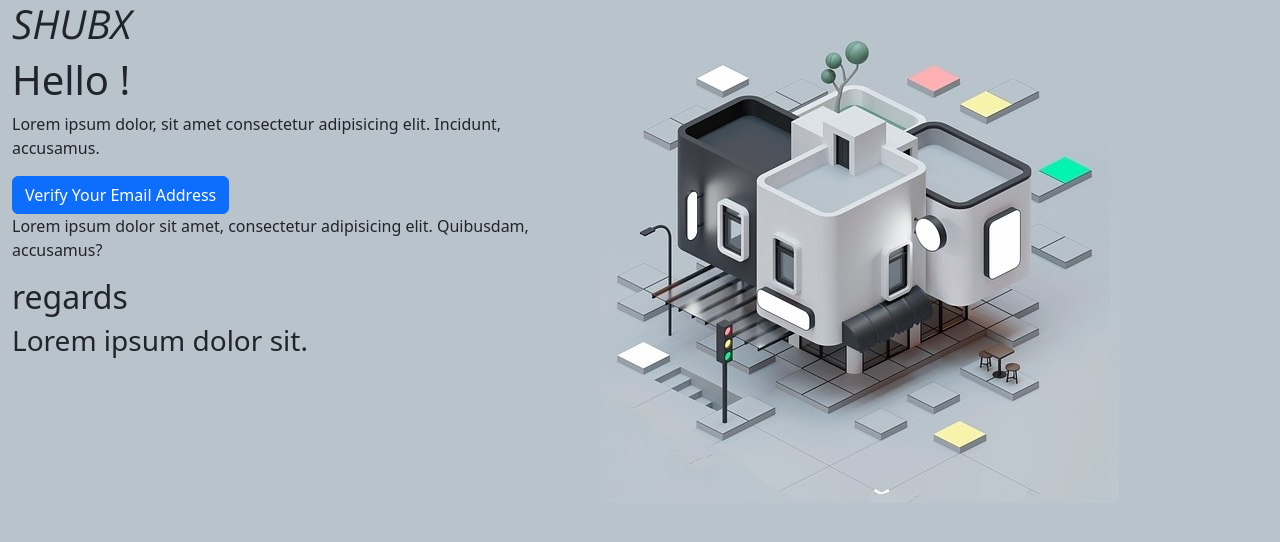
Repository: Aayush919/taskui
Page: index.html
These files come from the project's save history. The page is drawn as it stood at one moment and after a run of saves; the edit follows.
The browser window is 1280 px wide. The pictures show the whole page.

Above is the page before, as saved 2024-01-12 14:51:38.

### index.html
<!DOCTYPE html>
<html lang="en">

<head>
    <meta charset="utf-8">
    <meta name="viewport" content="width=device-width, initial-scale=1">
    <title>Bootstrap demo</title>
    <link href="https://cdn.jsdelivr.net/npm/bootstrap@5.3.2/dist/css/bootstrap.min.css" rel="stylesheet"
        integrity="sha384-T3c6CoIi6uLrA9TneNEoa7RxnatzjcDSCmG1MXxSR1GAsXEV/Dwwykc2MPK8M2HN" crossorigin="anonymous">
    <link rel="stylesheet" href="style.css">
    <style>
        .right img {
            max-width: 100%;
            height: auto;
        }
    </style>
</head>

<body >

    <div class="bg-light custom-bg">
    <div class="container-fluid custom-bg">
        <div class="row">
            <div class="col-lg-6 left">
                <div class="top">
                    <h1 class="title">Shubx</h1>
                    <h1 class="hello">Hello !</h1>
                    <p>Lorem ipsum dolor, sit amet consectetur adipisicing elit. Incidunt, accusamus.</p>
                    <button class="btn btn-primary">Verify Your Email Address</button>
                    <p>Lorem ipsum dolor sit amet, consectetur adipisicing elit. Quibusdam, accusamus?</p>
                    <h2>regards</h2>
                    <h3>Lorem ipsum dolor sit.</h3>
                </div>
            </div>
            <div class="col-lg-6 right">
                <img src="./bg.jpg" alt="Background Image" class="img-fluid">
            </div>
        </div>
    </div>
    </div>

    <script src="https://cdn.jsdelivr.net/npm/bootstrap@5.3.2/dist/js/bootstrap.bundle.min.js"
        integrity="sha384-C6RzsynM9kWDrMNeT87bh95OGNyZPhcTNXj1NW7RuBCsyN/o0jlpcV8Qyq46cDfL"
        crossorigin="anonymous"></script>
</body>

</html>

### style.css
@import url('https://fonts.googleapis.com/css2?family=Open+Sans:ital,wght@1,300&display=swap');



* {
    margin: 0;
    padding: 0;
    box-sizing: border-box;

}


html,
body {
    height: 100%;
    width: 100%;

}

.custom-bg {
    background-color: #B9C3CC;
    min-height: 100vh;
    width: 100%;
    display: flex;
    justify-content: space-between;


}

.title{
    font-family: 'Open Sans', sans-serif;

    text-transform: uppercase;
}

After the next 5 saves:
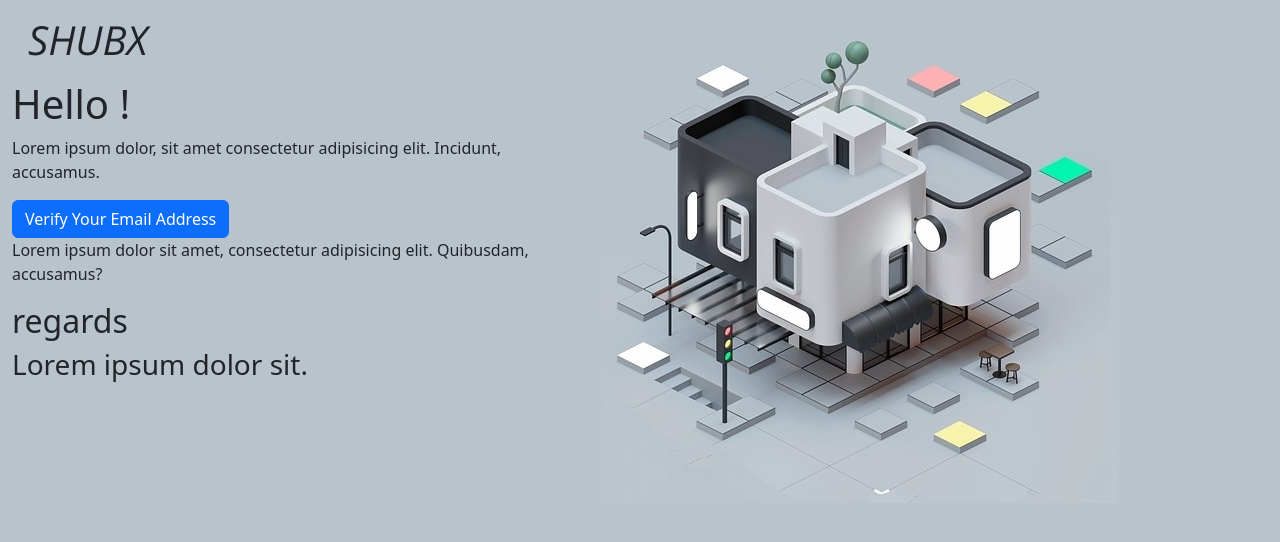
The 5 saves are shown as one change because they came seconds apart.
The last was saved 18 s later.
--- a/index.html
+++ b/index.html
@@ -23,7 +23,7 @@
         <div class="row">
             <div class="col-lg-6 left">
                 <div class="top">
-                    <h1 class="title">Shubx</h1>
+                    <h1 class="title m-3">Shubx</h1>
                     <h1 class="hello">Hello !</h1>
                     <p>Lorem ipsum dolor, sit amet consectetur adipisicing elit. Incidunt, accusamus.</p>
                     <button class="btn btn-primary">Verify Your Email Address</button>
